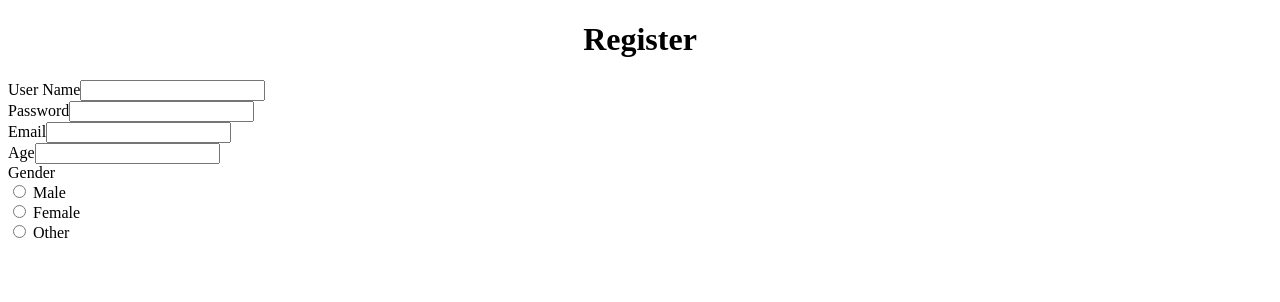
Repository: ramakrishnan1997/ram_javatraining
Page: http://localhost/AdminPortal/Register.jsp
These files come from the project's save history. The page is drawn as it stood at one moment and after the next save; the edit follows.
The browser window is 1280 px wide. The pictures show the whole page.
The page is served by Tomcat 9.

Above is the page before, as saved 2022-07-01 07:11:27.

After the next save:
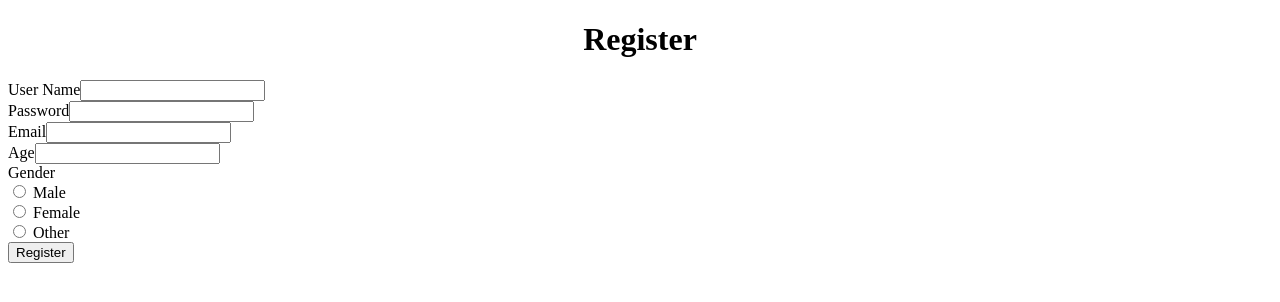
Saved 63 s later.
--- a/AdminPortal/src/main/webapp/Register.jsp
+++ b/AdminPortal/src/main/webapp/Register.jsp
@@ -29,5 +29,6 @@
 </div>
 </div>
 </form>
+<input type="submit" value="Register">
 </body>
 </html>
